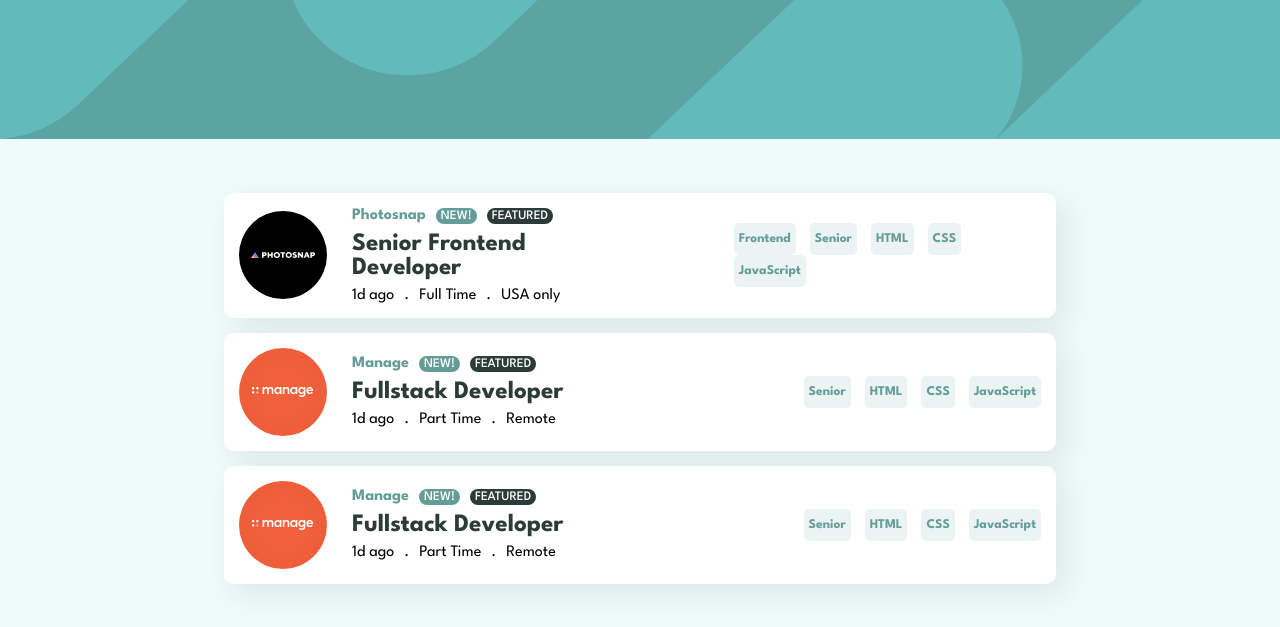
Repository: Eldream12/JobListing
Page: index.html
These files come from the project's save history. The page is drawn as it stood at one moment and after the next save; the edit follows.
The browser window is 1280 px wide. The pictures show the whole page.

Above is the page before, as saved 2025-03-31 21:58:00.

### index.html
<!DOCTYPE html>
<html lang="en">
	<head>
		<meta charset="UTF-8" />
		<meta name="viewport" content="width=device-width, initial-scale=1.0" />
		<title>Job Listing</title>
		<link rel="stylesheet" href="style/style.css" />
	</head>

	<body>
		<header>
			<div>
				<img src="Images/bg-header-desktop.svg" alt="NavHeader" />
			</div>
		</header>

		<main>
			<div class="content-carrier">
				<div class="content">
					<div class="ctn">
						<img src="Images/photosnap.svg" alt="photosnap" />
						<div class="content-text">
							<div class="txt-1">
								<h4>Photosnap</h4>
								<div class="btn-1">
									<button>NEW!</button>
								</div>
								<div class="btn-2">
									<button>FEATURED</button>
								</div>
							</div>
							<div class="txt-2">
								<h2>Senior Frontend Developer</h2>
							</div>
							<div class="txt-3">
								<p>1d ago</p>
								<p>.</p>
								<p>Full Time</p>
								<p>.</p>
								<p>USA only</p>
							</div>
						</div>
					</div>

					<div class="btn">
						<button>Frontend</button>
						<button>Senior</button>
						<button>HTML</button>
						<button>CSS</button>
						<button>JavaScript</button>
					</div>
				</div>

				<div class="content">
					<div class="ctn">
						<img src="Images/manage.svg" alt="photosnap" />
						<div class="content-text">
							<div class="txt-1">
								<h4>Manage</h4>
								<div class="btn-1">
									<button>NEW!</button>
								</div>
								<div class="btn-2">
									<button>FEATURED</button>
								</div>
							</div>
							<div class="txt-2">
								<h2>Fullstack Developer</h2>
							</div>
							<div class="txt-3">
								<p>1d ago</p>
								<p>.</p>
								<p>Part Time</p>
								<p>.</p>
								<p>Remote</p>
							</div>
						</div>
					</div>

					<div class="btn">
						<!-- <button>Frontend</button> -->
						<button>Senior</button>
						<button>HTML</button>
						<button>CSS</button>
						<button>JavaScript</button>
					</div>
				</div>

					<div class="content">
					<div class="ctn">
						<img src="Images/manage.svg" alt="photosnap" />
						<div class="content-text">
							<div class="txt-1">
								<h4>Manage</h4>
								<div class="btn-1">
									<button>NEW!</button>
								</div>
								<div class="btn-2">
									<button>FEATURED</button>
								</div>
							</div>
							<div class="txt-2">
								<h2>Fullstack Developer</h2>
							</div>
							<div class="txt-3">
								<p>1d ago</p>
								<p>.</p>
								<p>Part Time</p>
								<p>.</p>
								<p>Remote</p>
							</div>
						</div>
					</div>

					<div class="btn">
						<!-- <button>Frontend</button> -->
						<button>Senior</button>
						<button>HTML</button>
						<button>CSS</button>
						<button>JavaScript</button>
					</div>
				</div>
			</div>
		</main>
		<footer></footer>
	</body>
</html>

### style/style.css
@import url("https://fonts.googleapis.com/css2?family=League+Spartan:wght@100..900&display=swap");

* {
	font-family: League Spartan;
	margin: 0;
	padding: 0;
	box-sizing: border-box;
}

html body {
	background-color: hsl(180, 52%, 96%);
}

header img {
	width: 100%;
	background-color: hsl(180, 29%, 50%);
	margin-bottom: 50px;
}

.content-carrier .content {
	display: flex;
	background-color: #ffffff;
	align-items: center;
	justify-content: space-between;
	max-width: 65%;
	margin: auto;
	padding: 15px 15px 15px 15px;
	gap: 90px;
	border-radius: 10px;
	box-shadow: #2c3b3817 10px 10px 30px;
	margin-bottom: 15px;
}

.content-carrier .content .txt-1 {
	display: flex;
}

.content-carrier .content .txt-3 {
	display: flex;
}

.content-carrier .content .ctn {
	display: flex;
	align-items: center;
}

.content .ctn img {
	margin-right: 25px;
}

.content .btn button {
	background-color: #ebf4f3;
	border: none;
	padding: 10px 5px 10px 5px;
	border-radius: 5px;
	color: #649d97;
	font-weight: 700;
	margin-left: 10px;
}

.content .txt-1 h4 {
	color: #649d97;
}

.content .txt-1 .btn-1 button {
	background-color: #649d97;
}

.content .txt-1 .btn-2 button {
	background-color: #2c3b38;
}

.content .txt-1 button {
	font-size: 13px;
	font-weight: 500;
	color: #ffffff;
	border: none;
	padding: 2px 5px 2px 5px;
	border-radius: 10px;
	margin-left: 10px;
}

.content .txt-2 h2 {
	margin: 8px 0 8px 0;
	font-size: 25px;
	color: #2c3b38;
}

.content .txt-3 p {
	margin-right: 10px;
}

After the next save:
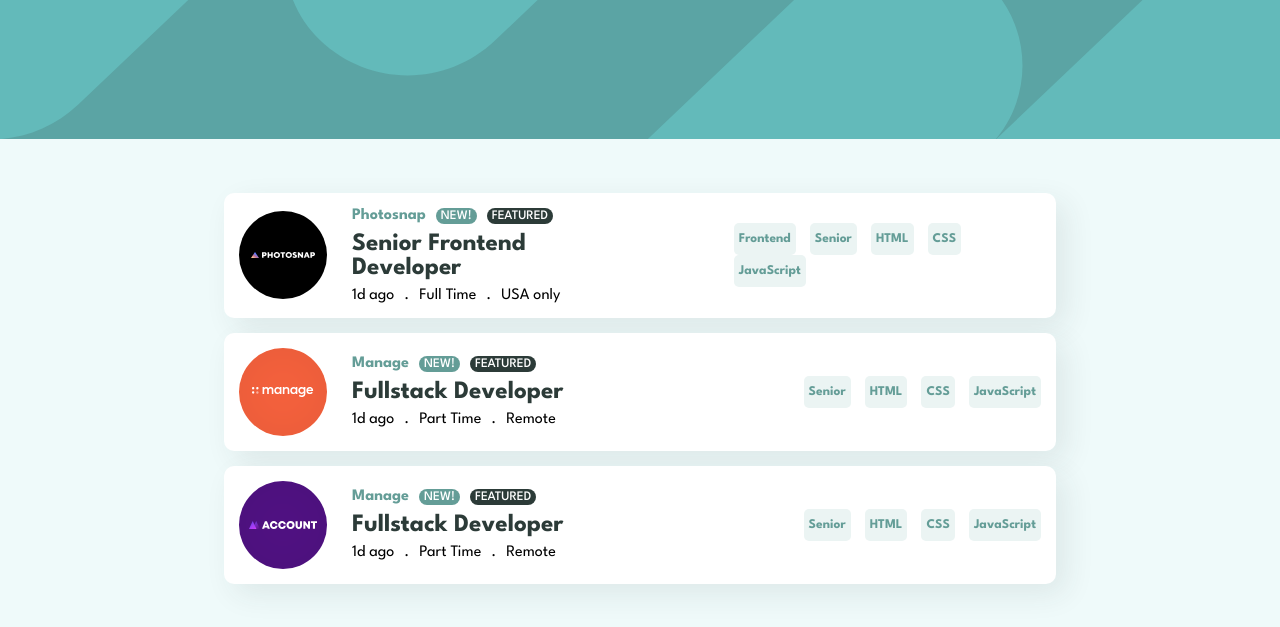
Saved 93 s later.
--- a/index.html
+++ b/index.html
@@ -88,7 +88,7 @@
 
 					<div class="content">
 					<div class="ctn">
-						<img src="Images/manage.svg" alt="photosnap" />
+						<img src="Images/account.svg" alt="photosnap" />
 						<div class="content-text">
 							<div class="txt-1">
 								<h4>Manage</h4>
